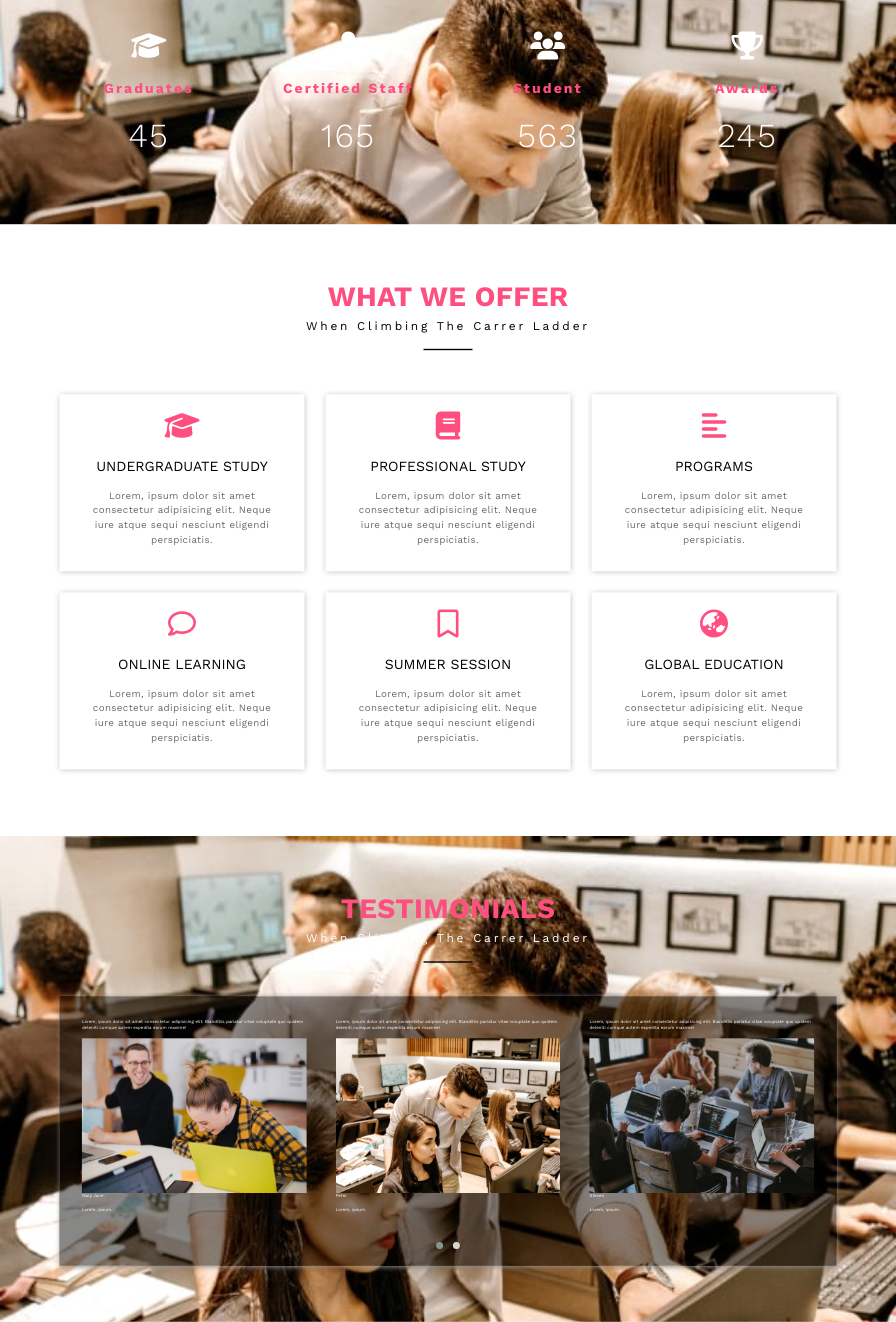
Repository: tudo1611/BC44_BOOTSTRAP_B7_INSTRUCTION_DO-TRUNG-TU
Page: index.html
An editor plug-in stored every save of this project. The page is shown before and after the next save, followed by the edit.
The browser window is 1280 px wide. The pictures show the part of the page from y = 1986 to 3906 px (the page is 3874 px tall before and 3906 px after), at 70% of full size.
Backgrounds fixed to the window are drawn as part of the page.

Above is the page before, as saved 2023-01-20 14:30:39.

After the next save:
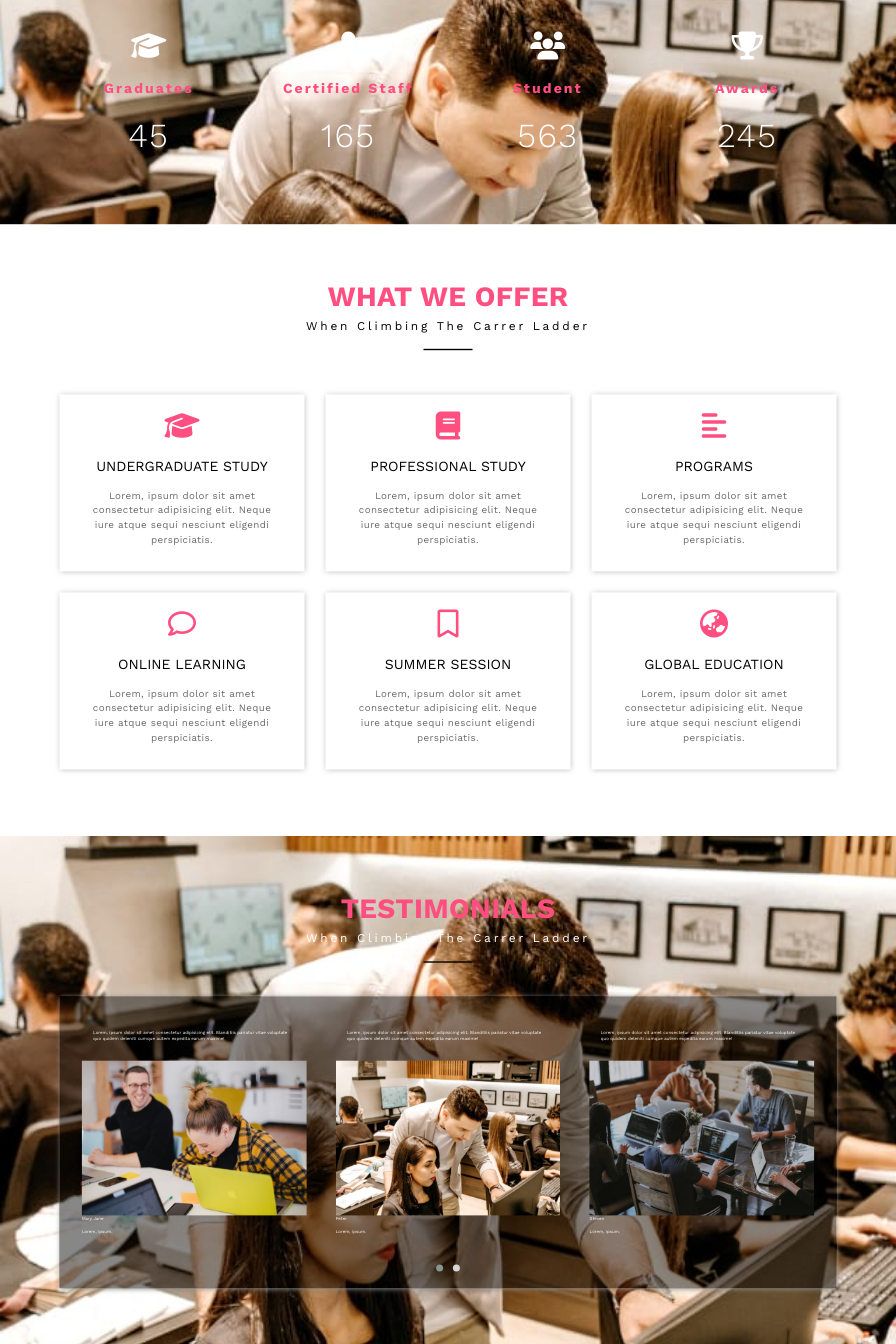
Saved 5 s later.
--- a/css/index.css
+++ b/css/index.css
@@ -265,5 +265,5 @@
     padding: 1.6rem;
 }
 .feedback__top{
-    padding: ;
-}
+    padding: 1.6rem ;
+}

After the save that followed:
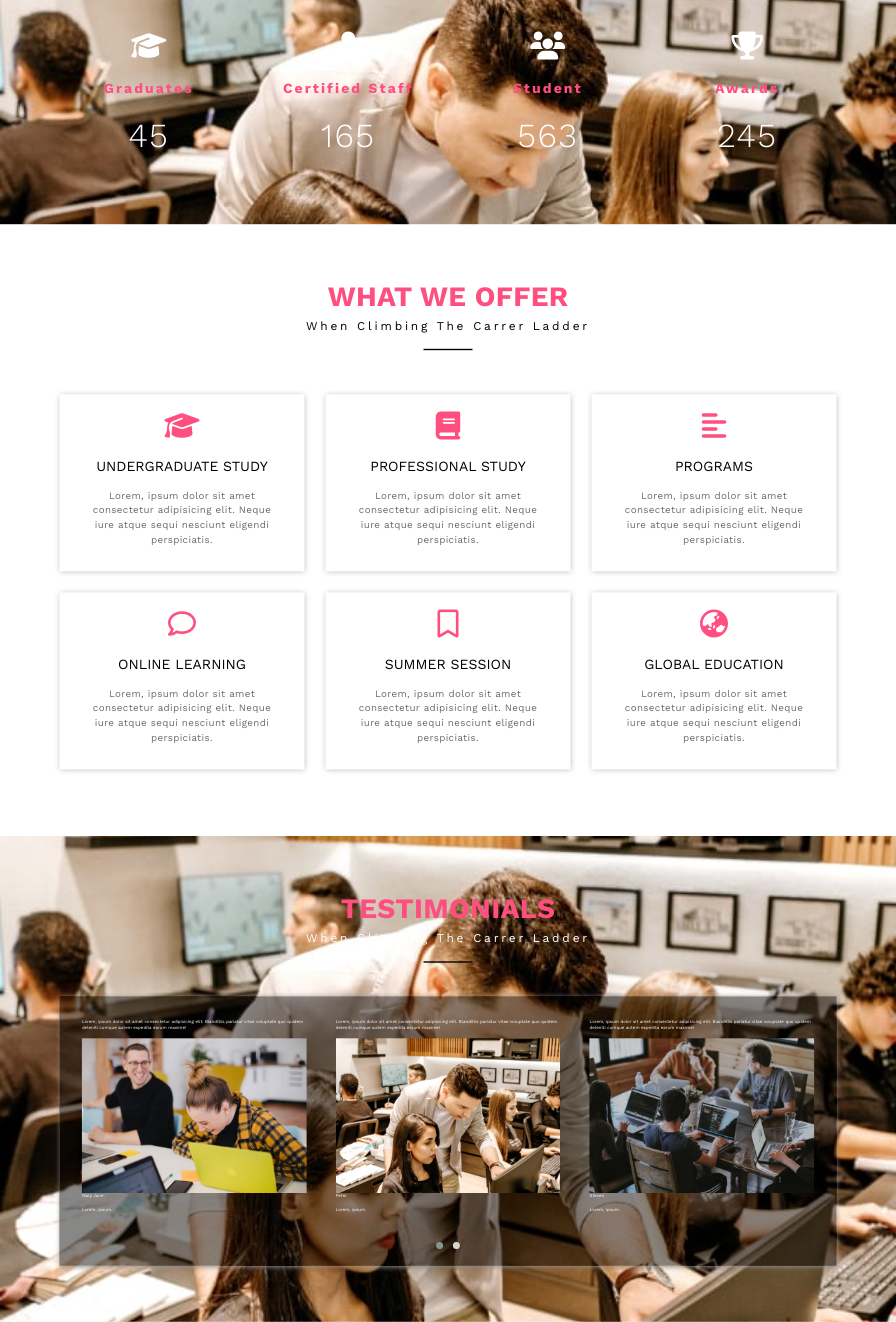
Saved 9 s later.
--- a/css/index.css
+++ b/css/index.css
@@ -265,5 +265,5 @@
     padding: 1.6rem;
 }
 .feedback__top{
-    padding: 1.6rem ;
-}
+    padding: 1.6rem 1;
+}
